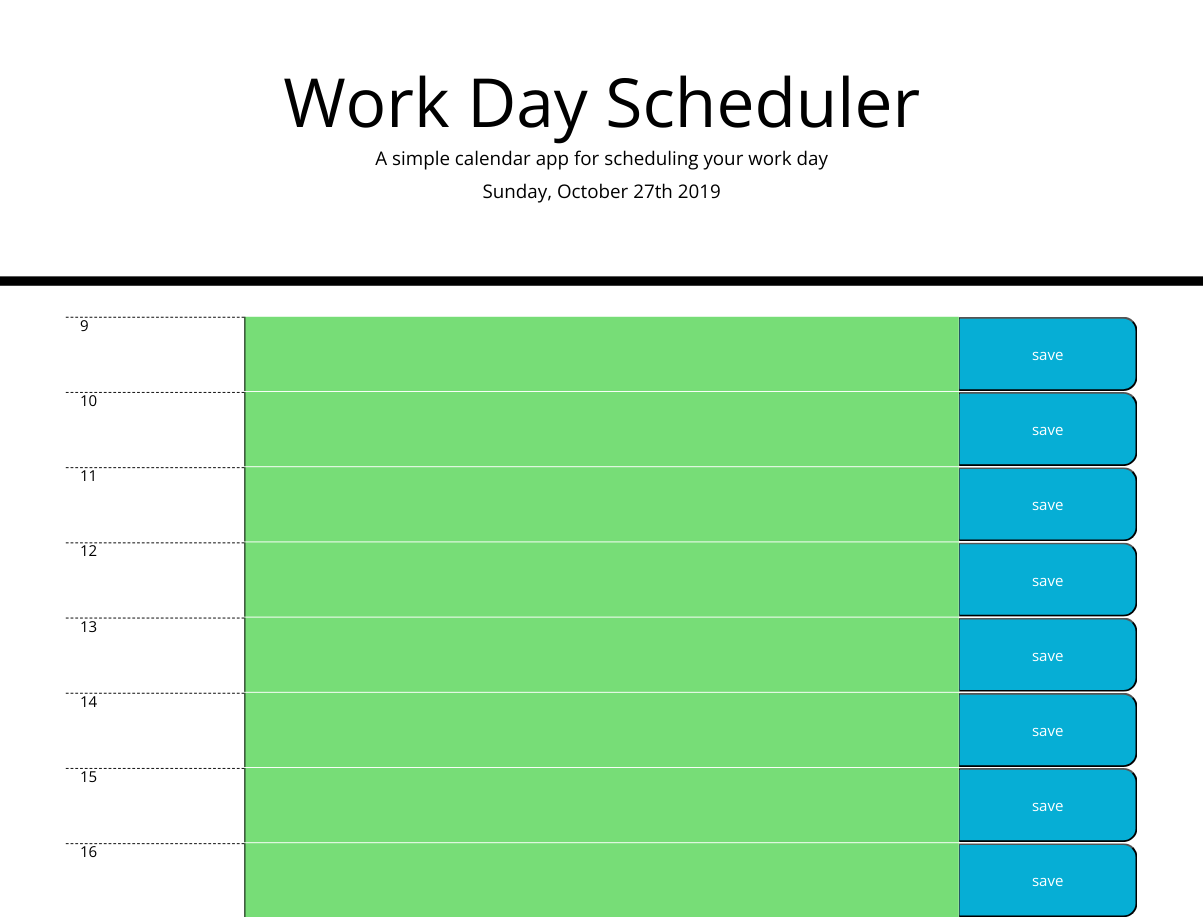
Repository: s88leigh/Day-Planner
Page: Develop/index.html
These files come from the project's save history. The page is drawn as it stood at one moment and after the next save; the edit follows.
The browser window is 1280 px wide. The pictures show the whole page, at 94% of full size.
Some web libraries are served in a nearby version.

Above is the page before, as saved 2019-10-27 17:12:11.

After the next save:
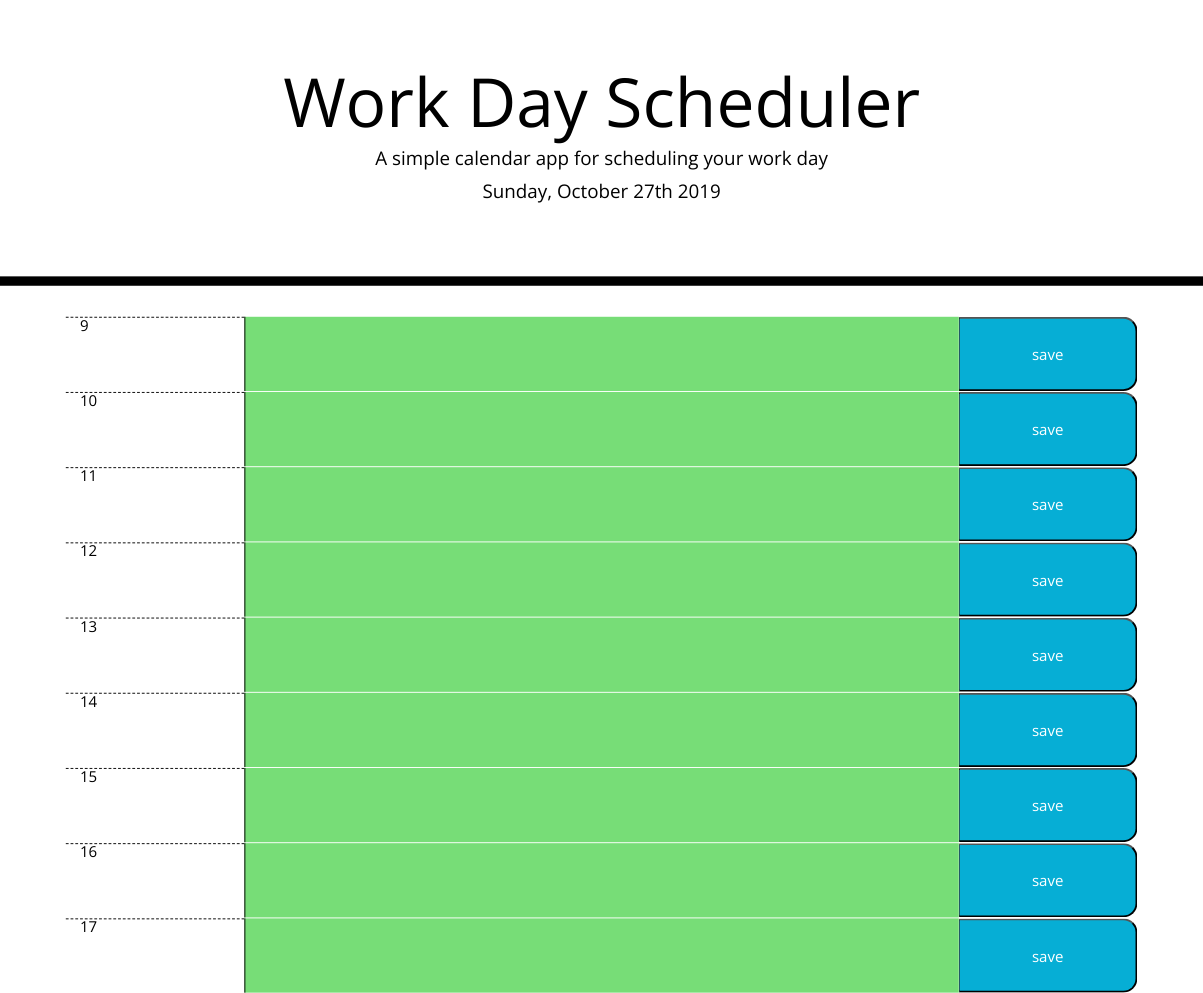
Saved 27 s later.
--- a/Develop/script.js
+++ b/Develop/script.js
@@ -1,7 +1,7 @@
 var startTime = 9;
 var endTime = 17;
 
-for(i = startTime; i < endTime; i++) {
+for(i = startTime; i <= endTime; i++) {
     newRow = $("<div>");
     newRow.addClass("row");
 
